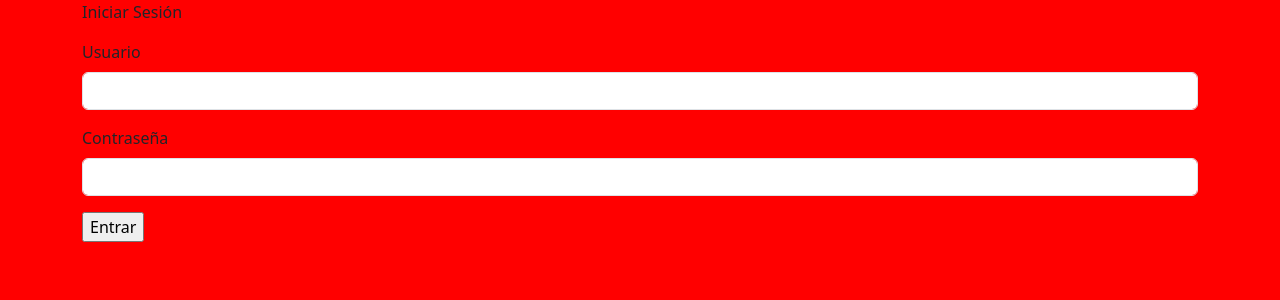
Repository: ingandresmolero/AdministrativoBarber
Page: http://localhost/
These files come from the project's save history. The page is drawn as it stood at one moment and after the next save; the edit follows.
The browser window is 1280 px wide. The pictures show the whole page.
The page is run by PHP 8.4 with error messages shown; the project is at /var/www/html/. Style sheets and scripts are compiled from the project's sources, by tool versions that may differ from the author's.

Above is the page before, as saved 2023-04-25 21:29:22.

After the next save:
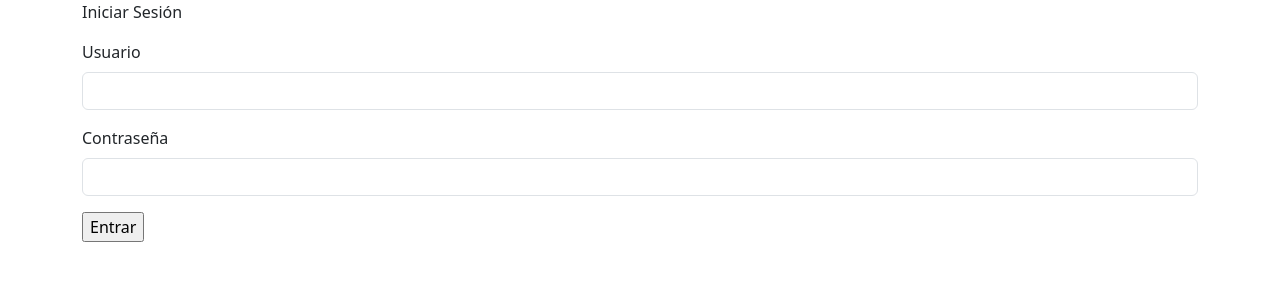
Saved 13 s later.
--- a/NEW/scss/components/login-page.scss
+++ b/NEW/scss/components/login-page.scss
@@ -1,6 +1,6 @@
 @import "variables";
 
-.login-page {
+body .login-page {
     background: red;
-    //background: linear-gradient(90deg, rgba(47,49,72,1) 0%, rgba(88,112,153,1) 51%, rgba(47,49,72,1) 100%);
+    background: linear-gradient(90deg, rgba(47,49,72,1) 0%, rgba(88,112,153,1) 51%, rgba(47,49,72,1) 100%);
 }
